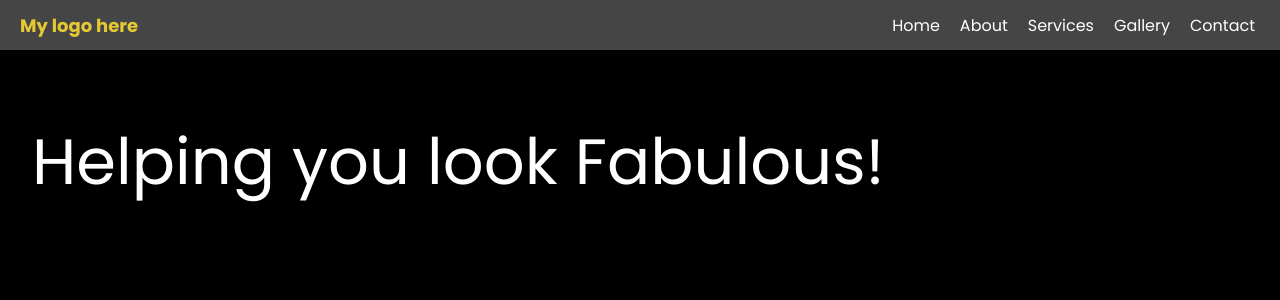
Repository: buzzedison/gardens
Page: index.html
The author's editor kept a copy of each file at every save. The page is drawn from the files as they stood at one save, then again after the next save.
The browser window is 1280 px wide. The pictures show the whole page.

Above is the page before, as saved 2022-01-12 17:03:20.

After the next save:
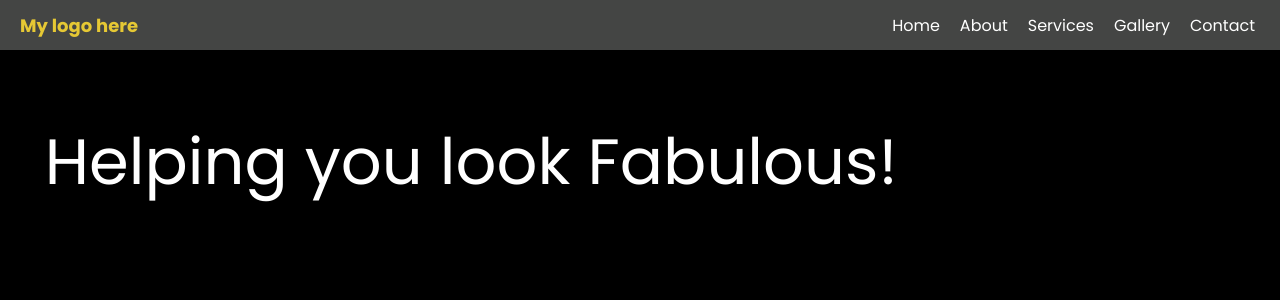
Saved 7 s later.
--- a/css/styles.css
+++ b/css/styles.css
@@ -126,5 +126,5 @@ ul li:hover {
   color: white;
   font-size: 4em;
   padding-top: 1em;
-  padding-left: 0.5em;
+  padding-left: 0.7em;
 }
